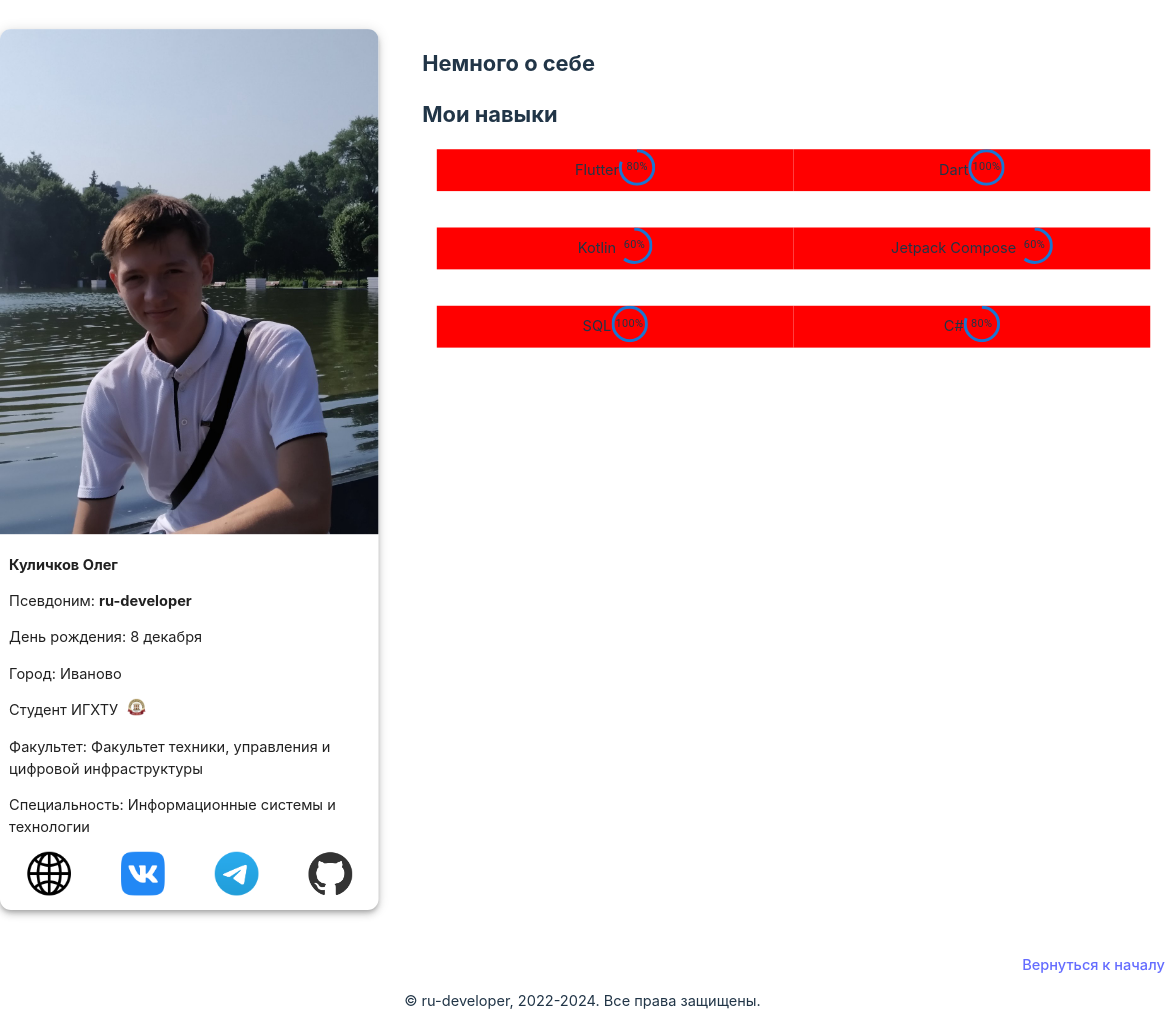
Repository: HubOl01/my_profile
Page: /
The author's editor kept a copy of each file at every save. The page is drawn from the files as they stood at one save, then again after the next save.
The browser window is 1280 px wide. The pictures show the whole page, at 91% of full size.
The project was rebuilt for these pictures with package versions that can differ from the ones it lists, and the page was loaded fresh each time. Also part of the build but not shown: vite.config.ts, src/components/header/Header.module.scss, src/data/websites.ts.

Above is the page before, as saved 2024-03-09 10:54:54.

### src/App.tsx
import { Grid } from '@mui/material'
import './App.css'
import Common from './components/center/Common'
import Footer from './components/footer/Footer'
import Header from './components/header/Header'
import LeftBar from './components/left/LeftBar'
import style from './App.module.scss'

function App() {

  return (
    <>
      <Header />
      <Grid container spacing={2}>
        <Grid className={style.profile} item xs={4}>
          <LeftBar />
        </Grid>
        <Grid item xs>
          <Common />
        </Grid>
      </Grid>
      <Footer />
    </>
  )
}

export default App

### src/App.css
#root {
  max-width: 1280px;
  margin: 0 auto;
  /* padding: 2rem; */
  /* text-align: center; */
}
.logo:hover {
  filter: drop-shadow(0 0 2em #646cffaa);
}
.logo.react:hover {
  filter: drop-shadow(0 0 2em #61dafbaa);
}

@keyframes logo-spin {
  from {
    transform: rotate(0deg);
  }
  to {
    transform: rotate(360deg);
  }
}

@media (prefers-reduced-motion: no-preference) {
  a:nth-of-type(2) .logo {
    animation: logo-spin infinite 20s linear;
  }
}

/* .card {
  padding: 2em;
} */

.read-the-docs {
  color: #888;
}


/* .profile{
  min-width: 100%;
} */

### src/components/center/Common.tsx
import React from 'react'
import styles from './styles.module.scss'
import { Box, Grid } from '@mui/material'
import { CircularProgressWithLabel } from '../atoms/circularProgressWithLabel'
import { my_skills } from '../../data/my_skills'

export default function Common() {
  return (
    <div className={styles.center_common}>
      <h2>Немного о себе</h2>
      <p>

      </p>
      <h2>
        Мои навыки
      </h2>
      <Grid container margin={2} rowGap={5}>
        {
          my_skills.map((skill) =>
            <Grid xs={6}>
              <Box sx={{
                // width: "100%",
                "textAlign": "center",
                background: "red",
              }}
              ><div style={{
                display: "inline-block",
                "textAlign": "center",
                transform: "translateY(-50%)",
              }}>
                {skill.name}

              </div>
                <CircularProgressWithLabel value={skill.progress * 100} />


              </Box>
            </Grid>
          )
        }
        {/*
        <Grid xs={6} ><CircularProgressWithLabel value={my_skills[0].progress}/></Grid> */}
        {/* <Grid xs={6} ><CircularProgressWithLabel value={}/><</Grid>
        <Grid xs={6} ><CircularProgressWithLabel value={}/><</Grid>
        <Grid xs={6} ><CircularProgressWithLabel value={}/><</Grid>
        <Grid xs={6} ><CircularProgressWithLabel value={}/><</Grid>
        <Grid xs={6} ><CircularProgressWithLabel value={}/><</Grid> */}
      </Grid>
      {/* <h2>Хобби</h2>
      <p>
        Я люблю изучать что-то новое. Я программирую на языке программирования
        C# и продолжаю осваивать язык в некоторых направлениях. (Например:
        создание мобильных приложений Xamarin и создание игр Unity)
      </p>
      <h2>Спорт</h2>
      <p>
        Я более 10 лет занимаюсь конькобежным спортом. В 16 лет выполнил
        спортивный разряд кандидат в мастера спорта. Кроме этого, с начала 1
        курса я начал заниматься легкой атлетикой. Принимаю участие в
        соревнованиях в составе сборной ИГХТУ.
      </p> */}
    </div>
  )
}

### src/components/footer/Footer.tsx
import React from 'react'

export default function Footer() {
  return (
    // <footer className="text-muted" style={{
    //   "width":"100%"
    // }}>
      <div className="container">
        <p className="float-right" style={{
      "textAlign": "right"
    }}>
          <a href="#">Вернуться к началу</a>
        </p>
        <p className="footer-text"
        style={{
          "textAlign": "center"
        }}
        >© ru-developer, 2022-{(new Date()).getFullYear()}. Все права защищены.</p>
      </div>
    // </footer>
  )
}

### src/components/header/Header.tsx
import './Header.module.scss'

export default function Header() {
  return (
      <div>
        {/* <h1>About myself</h1> */}
      </div>
  )
}

### src/components/left/LeftBar.tsx
import { Card, Grid } from '@mui/material';
import about from '../../assets/images/About.jpg';
import isuct from '../../assets/images/isuct.png';
import { websites } from '../../data/websites';
import { nickname } from '../../data/my_projects';
import style from './style.module.scss';

const list_web = websites.map((web) =>
  <Grid item xs>
    <div className="web">
      <a
        href={web.href}
        title={web.title}
      >
        <img
          className={style.img_icon}
          alt={web.alt}
          src={web.src}
          width={40}
        />
      </a>
    </div>
  </Grid>
)


const LeftBar = () => {
  return (
    <>
      <Card elevation={5}
      className={style.leftCard}
        sx={{
          borderRadius: 3,
        }} >
        <a title="Куличков Олег" href="https://vk.com/oleg01f">
          <img
            alt="about"
            src={about}
            style={{
              // borderRadius: '15px',
              display: 'flex',
              width: "100%",
            }}
            data-holder-rendered="true"
          />
        </a>
        <div style={{ padding: "5px 10px 10px 10px" }}> {/* top, right, bottom, left */}
          <div>
            <p>
              <b>Куличков Олег</b>
            </p>
            <p>
              Псевдоним: <b>{nickname}</b>
            </p>
            <p>
              <span >День рождения:</span> 8 декабря
            </p>
            <p>
              <span className="text-format">Город:</span> Иваново
            </p>
            <p>
              Студент ИГХТУ
              <img
                className="isuct"
                alt="ISUCT"
                src={isuct}
                width={20}
                style={{ "marginLeft": "10px" }}
              // data-holder-rendered="true"
              />
            </p>
            <p>
              <span className="text-format">Факультет:</span> Факультет техники,
              управления и цифровой инфраструктуры
            </p>
            <p>
              <span className="text-format">Специальность:</span> Информационные
              системы и технологии
            </p>
            {/* <p style={{
              "textAlign": "center",
              "justifyContent": "center",
              display: 'flex',
              width: "100%",

          }}>
            <span className="text-format">Социальные сети</span>
          </p> */}

            <Grid container spacing={2}

              sx={{
                'textAlign': "center",
                // display: 'flex',
                // width: "100%",
              }
              }>
              {list_web}
            </Grid>

          </div>
        </div>


      </Card>
    </>
  )
}

export default LeftBar

### src/App.module.scss
@media (max-width: 425px) {
    .profile{
      min-width: 100%;
    }
  }
  @media screen and (min-width: 426px) {
    .profile{
      min-width: 300px;
    }
  }

### src/components/center/styles.module.scss
.center_common{
    padding: 2rem;
}

### src/components/atoms/circularProgressWithLabel.tsx
import * as React from 'react';
import CircularProgress, {
  CircularProgressProps,
} from '@mui/material/CircularProgress';
import Typography from '@mui/material/Typography';
import Box from '@mui/material/Box';

export function CircularProgressWithLabel(
  props: CircularProgressProps & { value: number },
) {
  return (
    <Box sx={{ position: 'relative', display: 'inline-flex' }}>
      <CircularProgress variant="determinate" {...props} />
      <Box
        sx={{
          top: 0,
          left: 0,
          bottom: 0,
          right: 0,
          position: 'absolute',
          display: 'flex',
          alignItems: 'center',
          justifyContent: 'center',
        }}
      >
        <Typography
          variant="caption"
          component="div"
          // color="text.secondary"
        >{`${Math.round(props.value)}%`}</Typography>
      </Box>
    </Box>
  );
}

// export default function CircularWithValueLabel() {
//   const [progress, setProgress] = React.useState(10);

//   React.useEffect(() => {
//     const timer = setInterval(() => {
//       setProgress((prevProgress) => (prevProgress >= 100 ? 0 : prevProgress + 10));
//     }, 800);
//     return () => {
//       clearInterval(timer);
//     };
//   }, []);

//   return <CircularProgressWithLabel value={progress} />;
// }

### src/data/my_skills.ts
import { FullStack } from "./my_projects";

interface ISkill{
    name: string;
    progress: number;
}

export const my_skills: ISkill[] = [
    {
        name: FullStack.Flutter,
        progress: .80
    },
    {
        name: FullStack.Dart,
        progress: 1
    },
    {
        name: FullStack.Kotlin,
        progress: .6
    },
    {
        name: FullStack.Jetpack_Compose,
        progress: .6
    },
    {
        name: FullStack.SQL,
        progress: 1
    },
    {
        name: FullStack.C_sharp,
        progress: .8
    }
]

### src/data/my_projects.ts
export interface IProjects {
  title: string;
  description: string[];
  url_icon: string;
  url_images: string[];
  url_stores: string[];
  url_sources: string[];
  creator: string;
  fullStack: string[];
  platforms: string[];
  color: string;
}
export const nickname = "ru-developer";
export enum Platforms {
  Android = "Android",
  IOS = "IOS",
  Windows = "Windows",
  Linux = "Linux",
  Web = "Web",
}
// enum Colors {
//   Red = "",
//   White = "",
//   Black = "",
//   Green = "",
// }
export enum FullStack {
  Flutter = "Flutter",
  Dart = "Dart",
  Kotlin = "Kotlin",
  Jetpack_Compose = "Jetpack Compose",
  Winforms = "Winforms",
  C_sharp = "C#",
  React = "React",
  Typescript = "Typescript",
  Retrofit = "Retrofit",
  PHP = "PHP",
  SQLite = "SQLite",
  SQL = "SQL",
  MySQL = "MySQL",
  PostgreSQL = "PostgreSQL",
  Git = "Git",
  HTML = "HTML",
  CSS = "CSS",
  SCSS = "SCSS",
  Vite = "Vite",
}

export const projects: IProjects[] = [
  {
    title: "My Songbook",
    description: [
      "My Songbook – это творческая мастерская в вашем кармане. Независимо от того, являетесь ли вы гитаристом, певцом, композитором или просто энтузиастом музыки, это приложение поможет вам воплотить ваши музыкальные идеи в жизнь.",
      "\n",
      "Основные возможности:",
      "\n",
      "- Записывайте и редактируйте песни: Создавайте музыку в любое время, в любом месте. Записывайте мелодии, добавляйте тексты и настраивайте аранжировки – все это в вашем распоряжении.",
      "- Справочник аккордов для гитары: Независимо от вашего уровня мастерства, наше приложение предлагает обширный справочник аккордов для гитары. Найдите нужный аккорд и создайте свой собственный уникальный звук.",
      "- Автоскролл и легкая навигация: Никогда больше не теряйтесь в тексте. Функция автоскролла позволяет вам сконцентрироваться на музыке, а не на прокрутке текста.",
      "- Делитесь своей музыкой: Поделитесь своими произведениями с миром через социальные сети непосредственно из приложения. Позвольте всем услышать вашу творческую энергию.",
      "- Аудиофайлы с песнями: Сохраняйте свои композиции в виде аудиофайлов. Прослушивайте их в любое время или отправляйте друзьям и коллегам.",
      "\n",
      "Почему выбрать My Songbook?",
      "\n",
      "- Простота и удобство: Даже если вы начинающий музыкант, вы сможете создавать профессиональные композиции с легкостью.",
      "- Безопасное хранение ваших произведений: Ваши записи остаются конфиденциальными. Спокойно работайте над своими идеями, зная, что они в безопасности.",
      "\n",
      "Неважно, вы начинающий музыкант или профессионал, My Songbook поможет вам создать и поделиться музыкой, которая касается сердец. Начните свое музыкальное путешествие сегодня!",
    ],
    url_icon: "",
    url_images: [],
    url_stores: [
      "https://apps.rustore.ru/app/ru.ru_developer.my_songbook",
      "https://appgallery.huawei.com/app/C109087129",
      "https://global.app.mi.com/details?lo=RU&la=en_US&id=ru.ru_developer.my_songbook.mi",
    ],
    url_sources: ["https://github.com/HubOl01/my_songbook"],
    creator: nickname,
    fullStack: [FullStack.Flutter, FullStack.Dart],
    platforms: [Platforms.Android],
    color: "",
  },
  {
    title: "Мой универ - ИГХТУ",
    description: [
      '"Мой универ - ИГХТУ" - это мобильное приложение, специально разработанное для студентов Ивановского государственного химико-технологического университета. Вы теперь сможете посмотреть расписание пар даже без интернета! Также можно получать уведомления об информации пар каждый день. В приложении также доступны заметки и вы можете записывать лекции, делать пометки, прикреплять ссылки и также делиться ими.',
      "\n",
      "Основные функции приложения:",
      "\n",
      "- Календарь с расписанием пар на текущий день",
      "- Расписание лекций, практик и семинаров",
      "- Новости ВУЗа",
      "- Вход в moodle ИГХТУ",
      "- Расписание преподавателей, сессий",
      "- Поисковик",
      "- Заметки, конспекты",
      "- Уведомления об информации пар на каждый день",
      "\n",
      "Также приложение адаптировано под планшеты      ",
    ],
    url_icon: "",
    url_images: [],
    url_stores: [
      "https://apps.rustore.ru/app/ru.ru_developer.my_university_isuct",
    ],
    url_sources: ["https://github.com/HubOl01/my_university_isuct"],
    creator: nickname,
    fullStack: [FullStack.Flutter, FullStack.Dart, FullStack.PHP],
    platforms: [Platforms.Android],
    color: "",
  },
  {
    title: "MyAppHome",
    description: ["Приложение для многоквартирных домов"],
    url_icon: "",
    url_images: [],
    url_stores: [],
    url_sources: [],
    creator: "Создано вместе с командой OVERLAGO",
    fullStack: [FullStack.Flutter, FullStack.Dart],
    platforms: [Platforms.Android],
    color: "",
  },
  {
    title: "City Adventures",
    description: [],
    url_icon: "",
    url_images: [],
    url_stores: [],
    url_sources: [],
    creator: "Создано с командой на хакатоне",
    fullStack: [FullStack.Flutter, FullStack.Dart],
    platforms: [Platforms.Android],
    color: "",
  },
  {
    title: "Bellisemo",
    description: ["Student project for study architectural technologies"],
    url_icon: "",
    url_images: [],
    url_stores: [],
    url_sources: [],
    creator: "Student project",
    fullStack: [FullStack.React, FullStack.Typescript],
    platforms: [Platforms.Web],
    color: "",
  },
  {
    title: "Weather",
    description: ["Student project for study kotlin jetpack compose"],
    url_icon: "",
    url_images: [],
    url_stores: [],
    url_sources: [],
    creator: nickname,
    fullStack: [
      FullStack.Jetpack_Compose,
      FullStack.Kotlin,
      FullStack.Retrofit,
    ],
    platforms: [Platforms.Android],
    color: "",
  },
  {
    title: "My portfolio",
    description: ["Вебсайт для показа своих проектов, которые мы видим здесь"],
    url_icon: "",
    url_images: [],
    url_stores: [],
    url_sources: [],
    creator: nickname,
    fullStack: [FullStack.React, FullStack.Typescript],
    platforms: [Platforms.Web],
    color: "",
  },
];

### src/components/left/style.module.scss
@media (max-width: 699px) {
    .img_icon {
        width: 2em;
        // height: 50%;
    }
}
@media screen and (min-width: 700px) {
    .img_icon {
        width: 3em;
        // height: 50%;
    }
}
// @media screen and (max-width: 768px) {
//     .img_icon {
//         width: 50px;
//         height: 50px;
//     }
// }
div {
    display: "flex";
}
.leftCard {
    margin: 2em 0;
}
/* // .custom-card{

// } */

Loaded but not shown: index.html (common file); src/main.tsx (common file); src/index.css (common file)

After the next save:
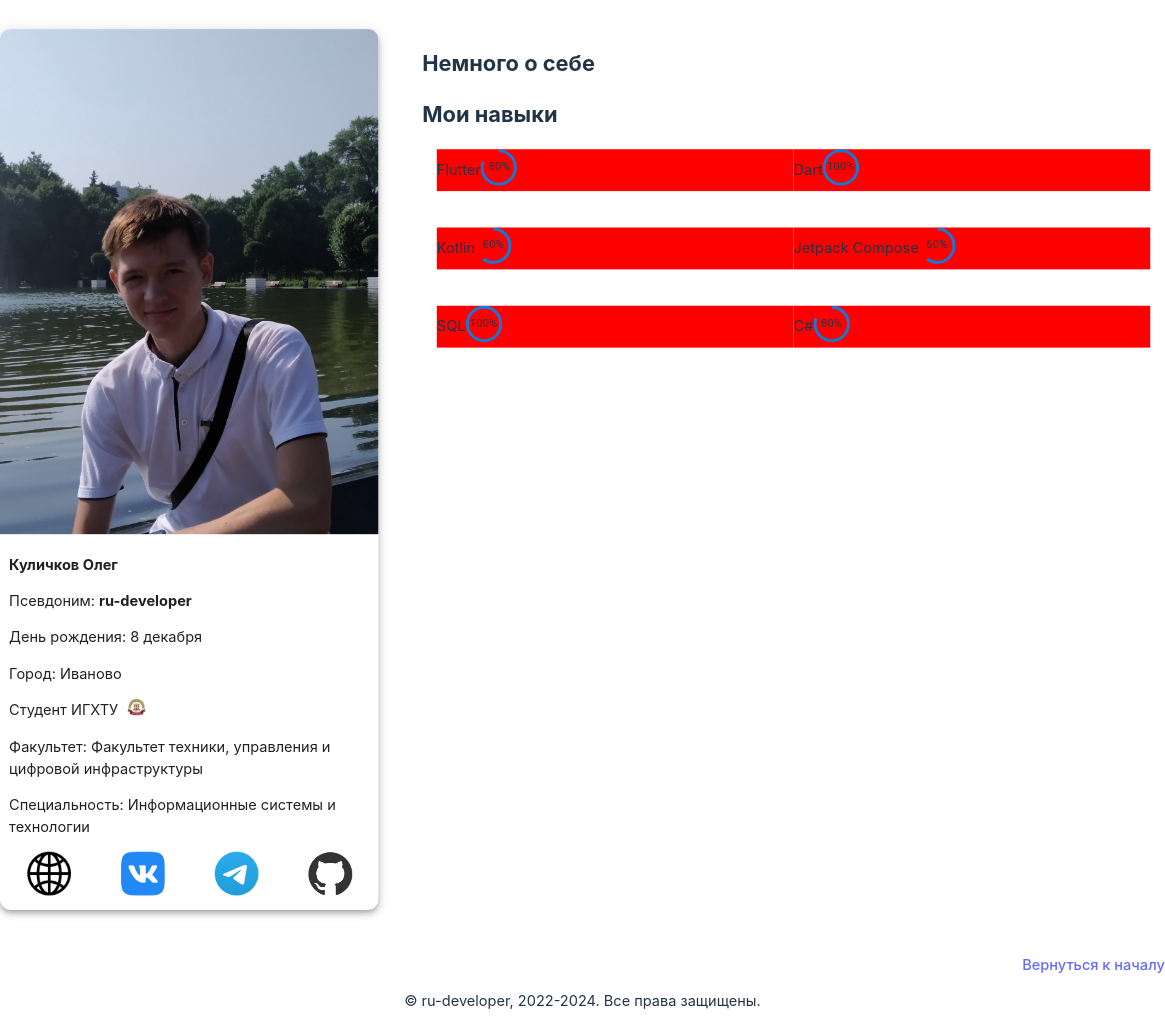
Saved 2 min 10 s later.
--- a/src/components/center/Common.tsx
+++ b/src/components/center/Common.tsx
@@ -20,7 +20,7 @@ export default function Common() {
             <Grid xs={6}>
               <Box sx={{
                 // width: "100%",
-                "textAlign": "center",
+                // "textAlign": "center",
                 background: "red",
               }}
               ><div style={{
